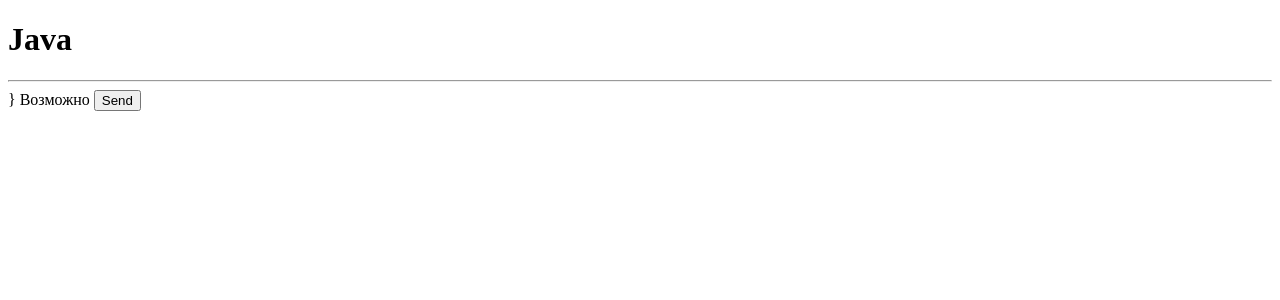
Repository: vadhub/JSP-Service
Page: http://localhost/JSPage/index.jsp
These files come from the project's save history. The page is drawn as it stood at one moment and after the next save; the edit follows.
The browser window is 1280 px wide. The pictures show the whole page.
The page is served by Tomcat 9.

Above is the page before, as saved 2019-07-21 04:04:29.

After the next save:
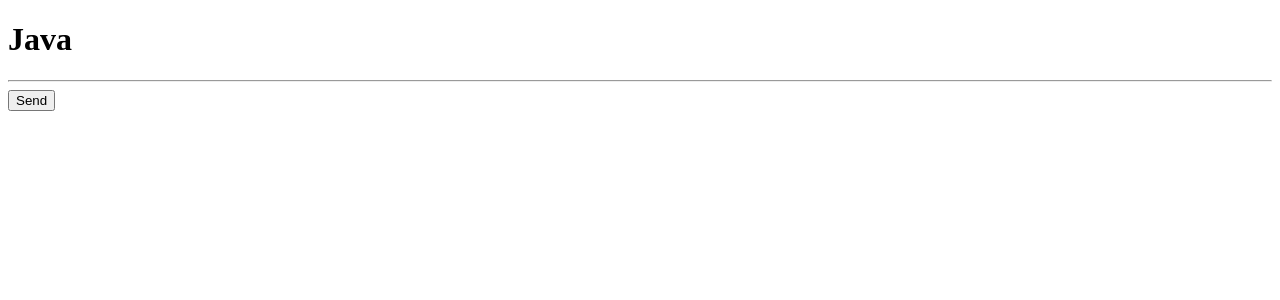
Saved 10 s later.
--- a/JSPage/WebContent/index.jsp
+++ b/JSPage/WebContent/index.jsp
@@ -12,8 +12,6 @@
 <%!String answers[] = {"Да", "Нет", "Возможно"}; %>
 <%!int i = (int) (Math.random()*3); %>
 <%!public String prt(){ return answers[i];}%>
-}
-<%= answers[i]%>
 
 <input type ="submit" value="Send"/>
 </body>
